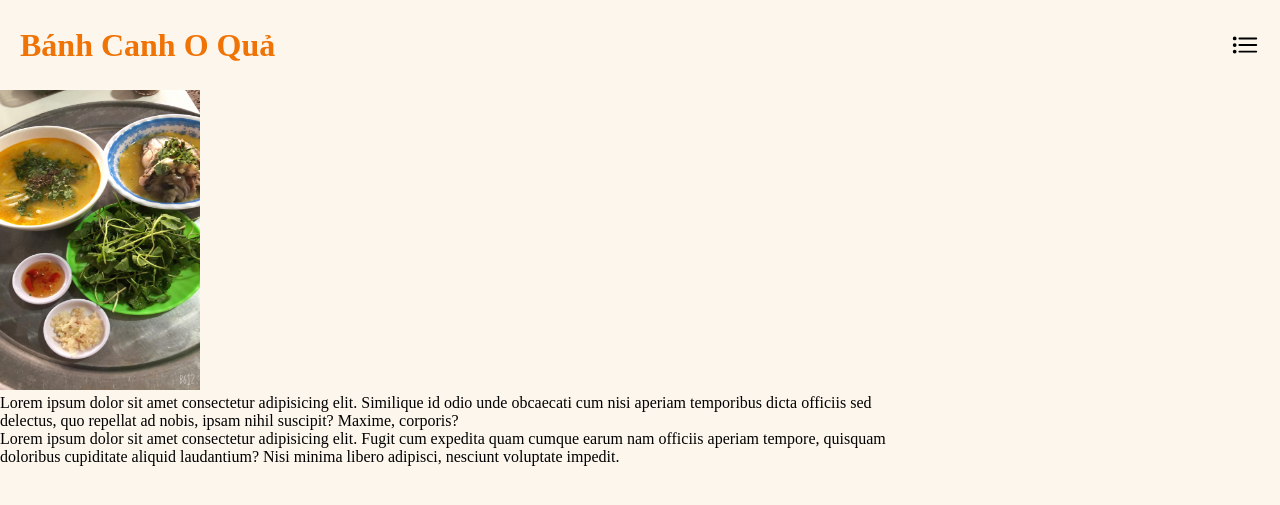
Repository: LeCongTuan2608/AmThuc
Page: public/index.html
These files come from the project's save history. The page is drawn as it stood at one moment and after the next save; the edit follows.
The browser window is 1280 px wide. The pictures show the whole page.
The style sheet was rebuilt from its Sass, Less or Tailwind sources for each picture, by a compiler version that may differ from the author's.

Above is the page before, as saved 2022-04-15 10:20:39.

### public/index.html
<!DOCTYPE html>
<html lang="en">
   <head>
      <meta charset="UTF-8" />
      <meta http-equiv="X-UA-Compatible" content="IE=edge" />
      <meta name="viewport" content="width=device-width, initial-scale=1.0" />
      <link rel="stylesheet" href="../sass/css/index.css" />
      <link rel="stylesheet" href="../Javascript/app.js" />
      <script type="module" src="https://unpkg.com/ionicons@5.5.2/dist/ionicons/ionicons.esm.js"></script>
      <script nomodule src="https: // unkg .com / ionicons @ 5.5.2 / dist / ionicons / ionicons.js "></script>
      <title>Ẩm Thực</title>
   </head>
   <body>
      <header>
         <div id="header">
            <h1>Bánh Canh O Quả</h1>
            <ion-icon name="list-outline"></ion-icon>
         </div>
      </header>
      <main>
         <div id="container">
            <div id="top">
               <div id="image">
                  <img src="../images/anh-1.jpg" alt="" />
               </div>
            </div>
            <div id="middle">
               <div>
                  Lorem ipsum dolor sit amet consectetur adipisicing elit. Similique id odio unde obcaecati cum nisi
                  aperiam temporibus dicta officiis sed delectus, quo repellat ad nobis, ipsam nihil suscipit? Maxime,
                  corporis?
               </div>
               <div>
                  Lorem ipsum dolor sit amet consectetur adipisicing elit. Fugit cum expedita quam cumque earum nam
                  officiis aperiam tempore, quisquam doloribus cupiditate aliquid laudantium? Nisi minima libero
                  adipisci, nesciunt voluptate impedit.
               </div>
            </div>
         </div>
      </main>
      <footer></footer>
   </body>
</html>

### sass/index.scss
@import './variables';
html{
    font-size: 100%;
    width: 100%;
    height: 100%;
}
*{
    margin: 0;
    padding: 0;
}
body{
    width: 100%;
    height: 100%;
    background-color: $background-Color;
}
header #header{
    display: flex;
    height: 50px;
    padding: 20px;
    align-items: center;
    justify-content: space-between;
}
#header h1{
    color: $words_Color;
    cursor: pointer;
}
#header ion-icon{
    font-size: 30px;
    cursor: pointer;
}
main{
    width: 100%;
    height: auto;
}
#container{
    width: 70%;
    display: flex;
    justify-content: center;
    align-content: center;
    flex-direction: column;

}
#top{
}
#image{
}
#image img{
    height: 300px;
    width: 200px;
}

### sass/variables.scss
$background-Color: #fcf6ed;
$words_Color: #f07305;

Loaded but not shown: Javascript/app.js (no stored copy; drawn as an empty file)

After the next save:
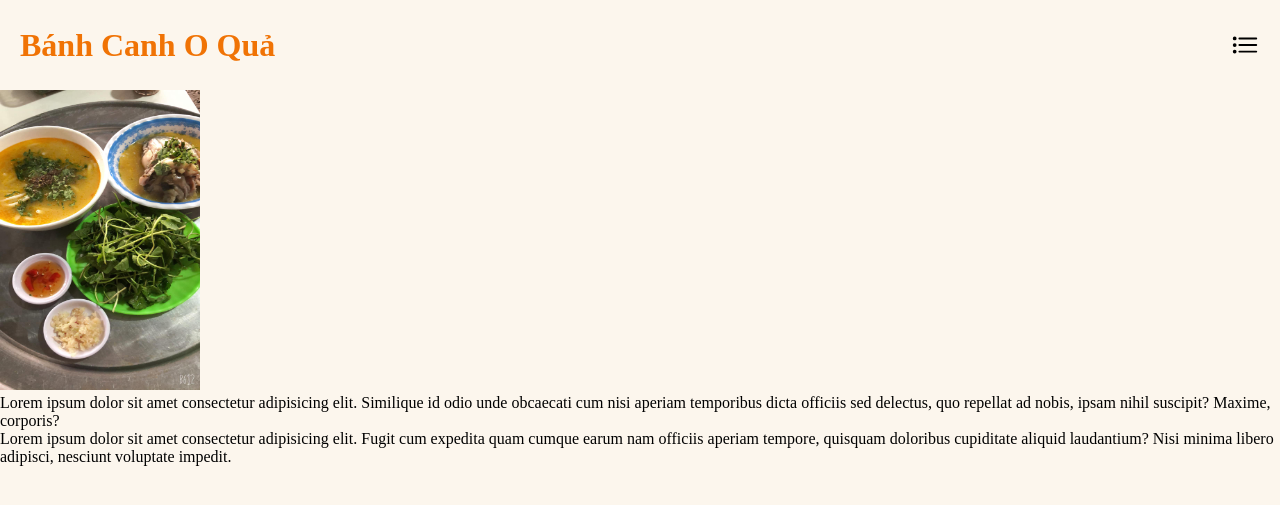
Saved 12 s later.
--- a/sass/index.scss
+++ b/sass/index.scss
@@ -33,7 +33,6 @@ main{
     height: auto;
 }
 #container{
-    width: 70%;
     display: flex;
     justify-content: center;
     align-content: center;
